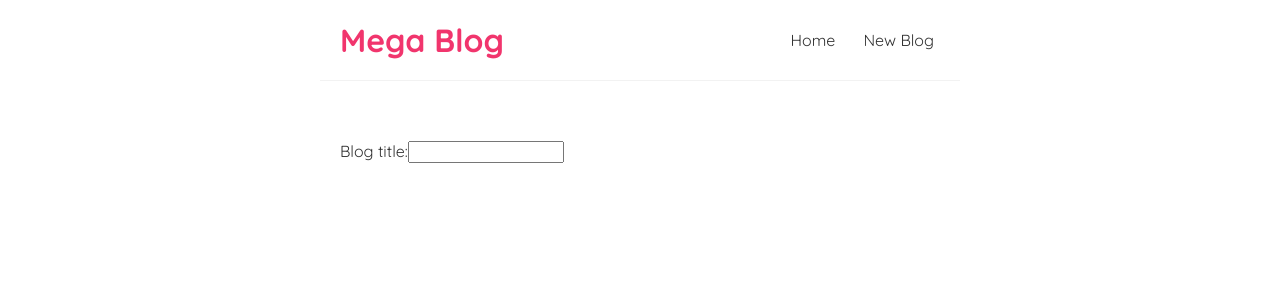
Repository: Amr-Hendawy/blog
Page: /create
An editor plug-in stored every save of this project. The page is shown before and after a run of saves, followed by the edit.
The browser window is 1280 px wide. The pictures show the whole page.
The project was rebuilt for these pictures with package versions that can differ from the ones it lists, and the page was loaded fresh each time. A package was used in the major version that the imports need, not the one package.json lists. Also part of the build but not shown: src/Components/BlogList/BlogList.js, src/Components/Home/Home.css, src/Components/useFetch/useFetch.js, src/Components/Home/Home.js, src/Components/BlogDetails/BlogDetails.js.

Above is the page before, as saved 2022-11-09 19:41:11.

After the next 3 saves:
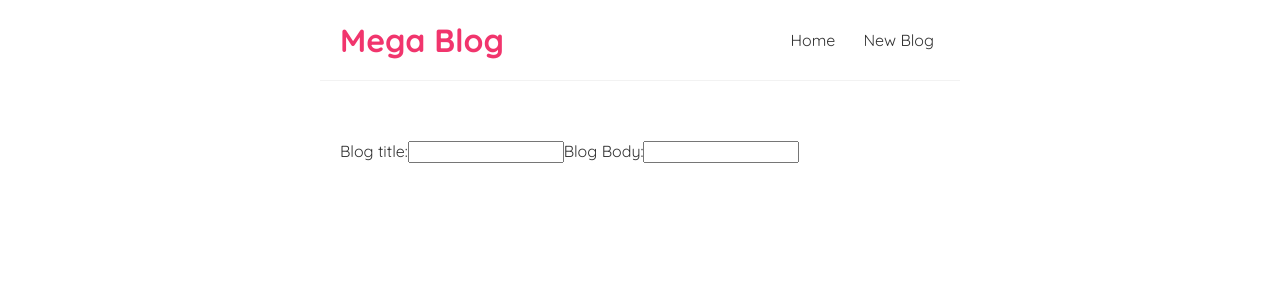
The 3 saves are shown as one change because they came seconds apart.
The last was saved 10 s later.
--- a/src/Components/Create/Create.js
+++ b/src/Components/Create/Create.js
@@ -5,6 +5,8 @@ const Create = () => {
         <label>Blog title:</label>
         <input type="text" required />
         {""}
+        <label>Blog Body:</label>
+        <input type="text" required />
       </form>
     </div>
   );
